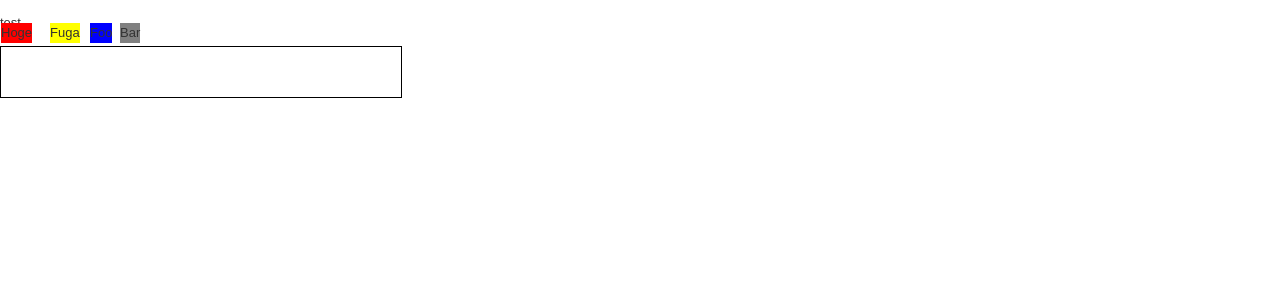
Repository: myojosamurai/Samurai_JS-
Page: HTML/6/absolute.html
The author's editor kept a record of every edit. The page is drawn from the files as they stood at one moment, then again after the next edit.
The browser window is 1280 px wide. The pictures show the whole page.

Above is the page before.

### HTML/6/absolute.html
<!DOCTYPE html>
<html lang="ja">
  <head>
    <meta charset="UTF-8">
    <title>HTML/CSSの学習</title>
    <link rel="stylesheet" href="stylesheet-absolute.css">
  </head>
  <body>
    <div id="wrapper">
      <p>test</p>
        <div id="layout">
            <p id="layout1">Hoge</p>
            <p id="layout2">Fuga</p>
            <p id="layout3">Foo</p>
            <p id="layout4">Bar</p>
        </div>
    </div>
  </body>
</html>

### HTML/6/stylesheet-absolute.css
@charset "utf-8";

body {
	margin: 0;
	padding: 0;
	font-family: "ヒラギノ角ゴ Pro W3", "Hiragino Kaku Gothic Pro", "メイリオ", Meiryo, Osaka, "ＭＳ Ｐゴシック", "MS PGothic", sans-serif;
	color: #333;
	font-size: 13px;
	line-height: 150%;
}

/* -------------------- wrapper -------------------- */
#wrapper {
	width: 100%;
	margin: auto;
	padding: 0px;
	border: 0px;
	background-color: #FFF;
}

 #layout {
     position: static;   /*親要素がstaticのときはウィンドウの左上が基準*/
     /*position: relative; */    /*親要素がstatic以外のときは親要素の左上が基準*/
     top: 30px;
     border:solid 1px black; /*分かりやすいように付け足し*/
     height: 50px;           /*分かりやすいように付け足し*/
     width: 400px;            /*分かりやすいように付け足し*/
 }
 #layout1 {
     position:absolute;
     top:10px;
     background-color: red;
 }
 #layout2 {
     position:absolute;
     top:10px;
     left:50px;
     background-color: yellow;
 }
 #layout3 {
     position:absolute;
    top:10px;
     left: 90px;
     /*bottom:10px; 分かりやすいように変更 */
     background-color: blue;
 }
 #layout4 {
     position:absolute;
     top:10px;
     left: 120px;
     /* right:120px; 分かりやすいように変更 */
     background-color: gray;
 }

After the next edit:
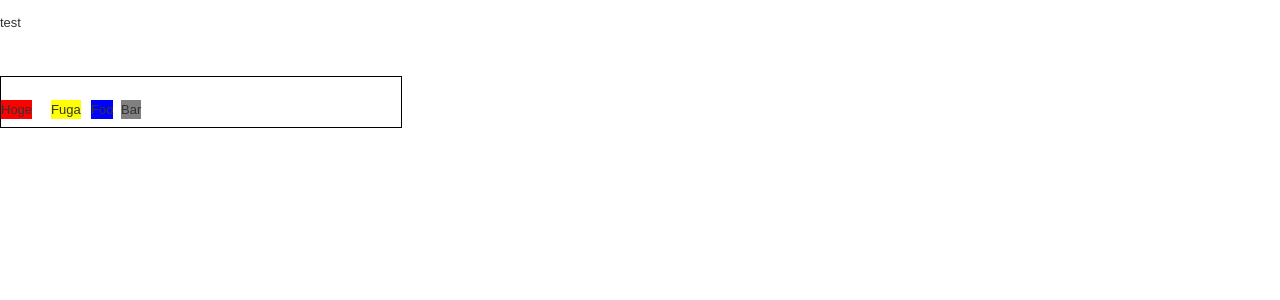
The edit:
--- a/HTML/6/stylesheet-absolute.css
+++ b/HTML/6/stylesheet-absolute.css
@@ -20,7 +20,7 @@
 
  #layout {
      position: static;   /*親要素がstaticのときはウィンドウの左上が基準*/
-     /*position: relative; */    /*親要素がstatic以外のときは親要素の左上が基準*/
+    position: relative;    /*親要素がstatic以外のときは親要素の左上が基準*/
      top: 30px;
      border:solid 1px black; /*分かりやすいように付け足し*/
      height: 50px;           /*分かりやすいように付け足し*/
